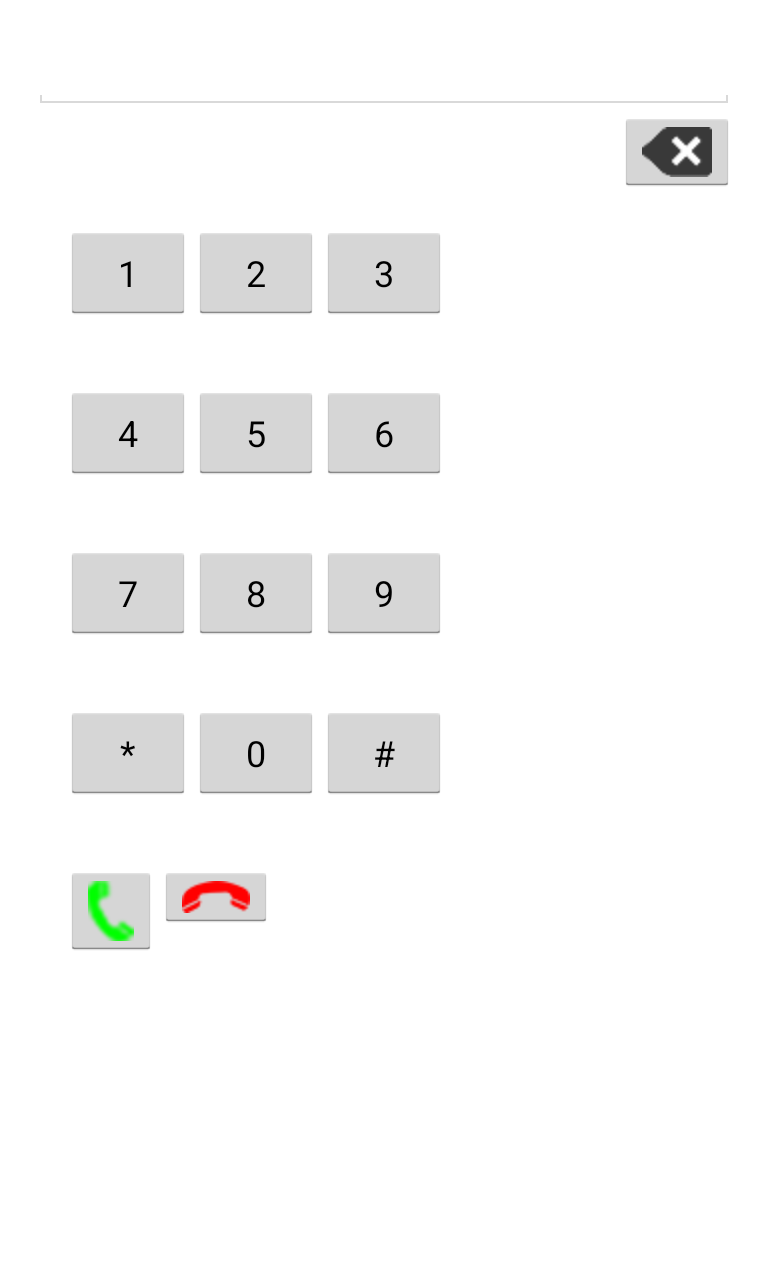
Repository: andreeastoican/Laborator03
Layout: PhoneDialer/res/layout/activity_phone_dialer.xml
The author's editor kept a copy of each file at every save. The layout is drawn from the files as they stood at one save, then again after the next save.
It is drawn on a 768 x 1280 px phone screen (xhdpi) without system bars, with theme AppTheme; the app's code is not run.

Above is the layout before, as saved 2015-03-10 09:41:12.

### PhoneDialer/res/layout/activity_phone_dialer.xml
<RelativeLayout xmlns:android="http://schemas.android.com/apk/res/android"
    xmlns:tools="http://schemas.android.com/tools"
    android:layout_width="match_parent"
    android:layout_height="match_parent"
    android:paddingBottom="@dimen/activity_vertical_margin"
    android:paddingLeft="@dimen/activity_horizontal_margin"
    android:paddingRight="@dimen/activity_horizontal_margin"
    android:paddingTop="@dimen/activity_vertical_margin"
    tools:context="ro.pub.cs.systems.pdsd.lab03.phonedialer.PhoneDialerActivity" >

    <EditText
        android:id="@+id/id_edit_text"
		android:layout_width="fill_parent"
	    android:layout_height="wrap_content"
	    android:ems="10"
	    android:inputType="text"
	    android:enabled="false"
        />

    <ImageButton
        android:id="@+id/id_img_button"
        android:layout_width="wrap_content"
        android:layout_height="wrap_content"
        android:src="@drawable/backspace"
        android:layout_below="@id/id_edit_text"
        android:layout_alignParentRight="true"
    	/>

	<LinearLayout
	      android:id="@+id/layout1"
		  android:layout_below="@id/id_img_button"
		  android:layout_width="wrap_content"
		  android:layout_height="wrap_content"
		  android:paddingBottom="@dimen/activity_vertical_margin"
		  android:paddingLeft="@dimen/activity_horizontal_margin"
		  android:paddingRight="@dimen/activity_horizontal_margin"
		  android:paddingTop="@dimen/activity_vertical_margin"
		  android:orientation="horizontal">

			<Button
			    android:id="@+id/id1"
			    android:layout_width="wrap_content"
		        android:layout_height="wrap_content"
		        android:text="1"
			    />
			<Button
			    android:id="@+id/id2"
			    android:layout_width="wrap_content"
		        android:layout_height="wrap_content"
		        android:text="2"
			    />
			<Button
			    android:id="@+id/id3"
			    android:layout_width="wrap_content"
		        android:layout_height="wrap_content"
		        android:text="3"
			    />

	</LinearLayout>

	<LinearLayout
	  android:layout_below="@id/layout1"
	  android:id="@+id/layout2"
	  android:layout_width="wrap_content"
	  android:layout_height="wrap_content"
	  android:paddingBottom="@dimen/activity_vertical_margin"
	  android:paddingLeft="@dimen/activity_horizontal_margin"
	  android:paddingRight="@dimen/activity_horizontal_margin"
	  android:paddingTop="@dimen/activity_vertical_margin"
	  android:orientation="horizontal">

		<Button
		    android:id="@+id/id4"
		    android:layout_width="wrap_content"
	        android:layout_height="wrap_content"
	        android:text="4"
		    />
		<Button
		    android:id="@+id/id5"
		    android:layout_width="wrap_content"
	        android:layout_height="wrap_content"
	        android:text="5"
		    />
		<Button
		    android:id="@+id/id6"
		    android:layout_width="wrap_content"
	        android:layout_height="wrap_content"
	        android:text="6"
		    />

	</LinearLayout>


	<LinearLayout
	  android:layout_below="@id/layout2"
	  android:id="@+id/layout3"
	  android:layout_width="wrap_content"
	  android:layout_height="wrap_content"
	  android:paddingBottom="@dimen/activity_vertical_margin"
	  android:paddingLeft="@dimen/activity_horizontal_margin"
	  android:paddingRight="@dimen/activity_horizontal_margin"
	  android:paddingTop="@dimen/activity_vertical_margin"
	  android:orientation="horizontal">

		<Button
		    android:id="@+id/id7"
		    android:layout_width="wrap_content"
	        android:layout_height="wrap_content"
	        android:text="7"
		    />
		<Button
		    android:id="@+id/id8"
		    android:layout_width="wrap_content"
	        android:layout_height="wrap_content"
	        android:text="8"
		    />
		<Button
		    android:id="@+id/id9"
		    android:layout_width="wrap_content"
	        android:layout_height="wrap_content"
	        android:text="9"
		    />

	</LinearLayout>

	<LinearLayout
	  android:layout_below="@id/layout3"
	  android:id="@+id/layout4"
	  android:layout_width="wrap_content"
	  android:layout_height="wrap_content"
	  android:paddingBottom="@dimen/activity_vertical_margin"
	  android:paddingLeft="@dimen/activity_horizontal_margin"
	  android:paddingRight="@dimen/activity_horizontal_margin"
	  android:paddingTop="@dimen/activity_vertical_margin"
	  android:orientation="horizontal">

		<Button
		    android:id="@+id/id10"
		    android:layout_width="wrap_content"
	        android:layout_height="wrap_content"
	        android:text="*"
		    />
		<Button
		    android:id="@+id/id0"
		    android:layout_width="wrap_content"
	        android:layout_height="wrap_content"
	        android:text="0"
		    />
		<Button
		    android:id="@+id/id11"
		    android:layout_width="wrap_content"
	        android:layout_height="wrap_content"
	        android:text="#"
		    />
	</LinearLayout>

	<LinearLayout
	  android:layout_below="@id/layout4"
	  android:layout_width="wrap_content"
	  android:layout_height="wrap_content"
	  android:paddingBottom="@dimen/activity_vertical_margin"
	  android:paddingLeft="@dimen/activity_horizontal_margin"
	  android:paddingRight="@dimen/activity_horizontal_margin"
	  android:paddingTop="@dimen/activity_vertical_margin"
	  android:orientation="horizontal">

		<ImageButton
		    android:id="@+id/img_on"
		    android:layout_width="wrap_content"
	        android:layout_height="wrap_content"
	        android:src="@drawable/call"
		    />

		<ImageButton
		    android:id="@+id/img_off"
		    android:layout_width="wrap_content"
	        android:layout_height="wrap_content"
	        android:text="#"
	        android:layout_alignRight="@id/img_on"
	        android:src="@drawable/hangup"
		    />
	</LinearLayout>"

</RelativeLayout>

Loaded but not shown: PhoneDialer/res/values/styles.xml (common file); PhoneDialer/res/values-v11/styles.xml (common file); PhoneDialer/res/values-v14/styles.xml (common file); PhoneDialer/res/values/dimens.xml (common file); PhoneDialer/res/values-w820dp/dimens.xml (common file)

After the next save:
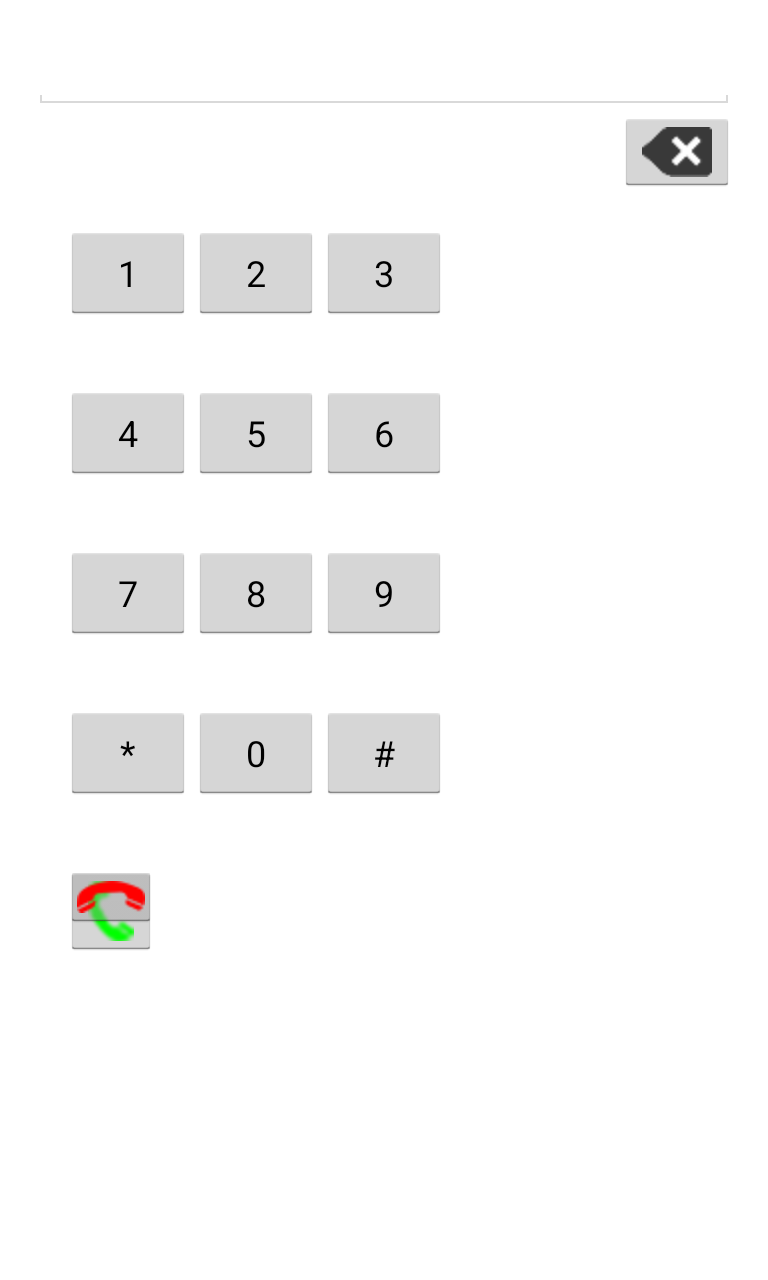
Saved 36 s later.
--- a/PhoneDialer/res/layout/activity_phone_dialer.xml
+++ b/PhoneDialer/res/layout/activity_phone_dialer.xml
@@ -154,7 +154,7 @@
 		    />
 	</LinearLayout>
 
-	<LinearLayout
+	<RelativeLayout
 	  android:layout_below="@id/layout4"
 	  android:layout_width="wrap_content"
 	  android:layout_height="wrap_content"
@@ -179,6 +179,6 @@
 	        android:layout_alignRight="@id/img_on"
 	        android:src="@drawable/hangup"
 		    />
-	</LinearLayout>"
+	</RelativeLayout>"
 
 </RelativeLayout>

After the save that followed:
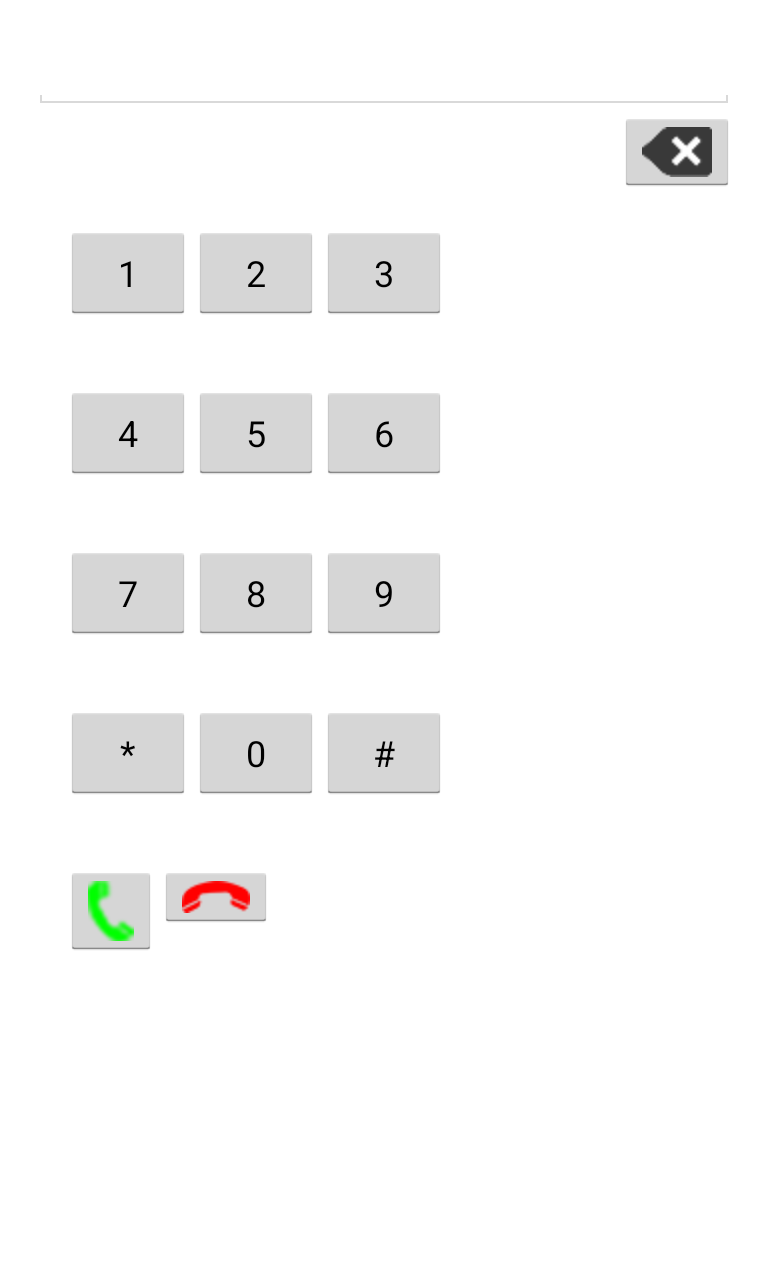
Saved 32 s later.
--- a/PhoneDialer/res/layout/activity_phone_dialer.xml
+++ b/PhoneDialer/res/layout/activity_phone_dialer.xml
@@ -176,7 +176,7 @@
 		    android:layout_width="wrap_content"
 	        android:layout_height="wrap_content"
 	        android:text="#"
-	        android:layout_alignRight="@id/img_on"
+	        android:layout_toRightOf="@id/img_on"
 	        android:src="@drawable/hangup"
 		    />
 	</RelativeLayout>"
